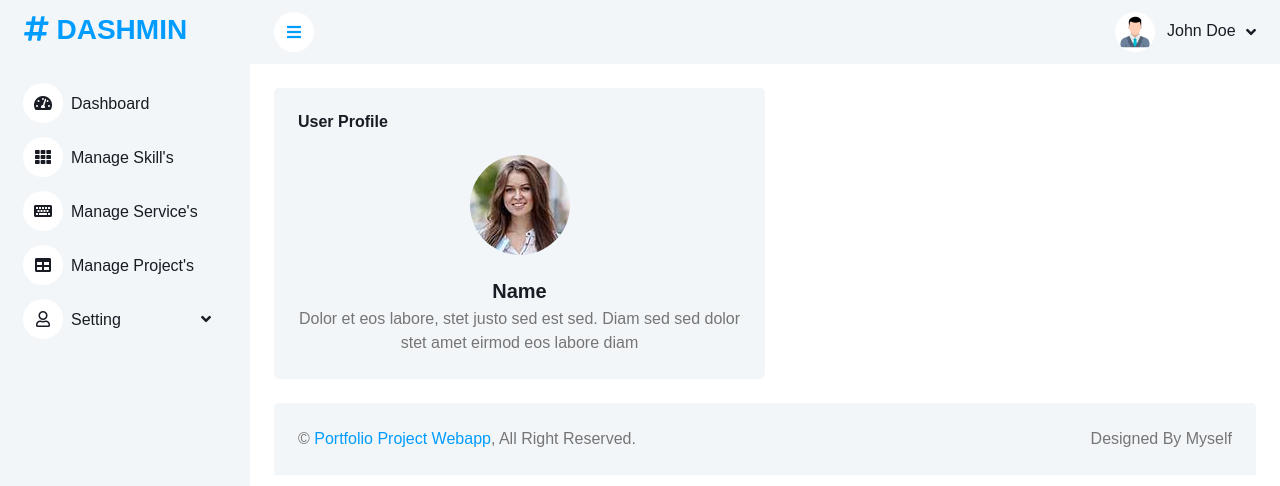
Repository: h4fizm/management-portfolio-project-webapp
Page: http://localhost/profile
These files come from the project's save history. The page is drawn as it stood at one moment and after a run of saves; the edit follows.
The browser window is 1280 px wide. The pictures show the whole page.
Some web fonts or font styles are not loaded; a fallback is used. Some web libraries are served in a nearby version. The page is served by the project's Laravel application, run on PHP 8.4 with Laravel 12. A made-up administrator, Test User (test@example.com), is signed in. Other server files are loaded and not shown.

Above is the page before, as saved 2025-01-15 03:03:01.
Console error: TypeError: Cannot read properties of undefined (reading 'getContext')

### routes/web.php
<?php

use Illuminate\Support\Facades\Route;
use App\Http\Controllers\AuthController;
use App\Http\Controllers\DashboardController;
use App\Http\Controllers\ProfileController;

Route::get('/', function () {
    return view('LandingPage');
});

Route::get('/login', [AuthController::class, 'showLoginPage'])->name('login.page');
Route::post('/login', [AuthController::class, 'login'])->name('login');

Route::get('/register', [AuthController::class, 'showRegisterPage'])->name('register.page');
Route::post('/register', [AuthController::class, 'register'])->name('register');

Route::post('/logout', [AuthController::class, 'logout'])->name('logout');

// Lindungi route dashboard dengan middleware auth
Route::get('/dashboard', [DashboardController::class, 'showMainPage'])->middleware('auth')->name('dashboard');
Route::get('/profile', [ProfileController::class, 'showProfilePage'])->middleware('auth')->name('profile');

### app/Models/User.php
<?php

namespace App\Models;

use Illuminate\Database\Eloquent\Factories\HasFactory;
use Illuminate\Database\Eloquent\Model;
use Illuminate\Foundation\Auth\User as Authenticatable;

class User extends Authenticatable
{
    use HasFactory;

    // Tentukan tabel yang digunakan
    protected $table = 'user';

    // Tentukan kolom yang dapat diisi
    protected $fillable = ['name', 'email', 'password', 'upload_resume'];

    // Sembunyikan kolom tertentu saat serialisasi
    protected $hidden = ['password', 'remember_token'];
}

### app/Http/Controllers/ProfileController.php
<?php

namespace App\Http\Controllers;

use Illuminate\Http\Request;

class ProfileController extends Controller
{
    public function showProfilePage()
    {
        return view('menu.profile');
    }
}

### resources/views/menu/profile.blade.php
@extends('MainPage')
@section('title', 'User Profile')
@section('content')
<div class="container-fluid pt-4 px-4">
    <div class="col-sm-12 col-xl-6">
        <div class="bg-light rounded h-100 p-4">
            <h6 class="mb-4">User Profile</h6>
            <div class="owl-carousel testimonial-carousel">
                <div class="testimonial-item text-center">
                    <img class="img-fluid rounded-circle mx-auto mb-4" src="{{ asset('DashPage/img/testimonial-1.jpg') }}" style="width: 100px; height: 100px;">
                    <h5 class="mb-1">Name</h5>
                    <p class="mb-0">Dolor et eos labore, stet justo sed est sed. Diam sed sed dolor stet amet eirmod eos labore diam</p>
                </div>
            </div>
        </div>
    </div>
</div>
@endsection

### resources/views/MainPage.blade.php
<!DOCTYPE html>
<html lang="en">

<head>
    <meta charset="utf-8">
    <title>@yield('title')</title>
    <meta content="width=device-width, initial-scale=1.0" name="viewport">
    <meta content="" name="keywords">
    <meta content="" name="description">

    <!-- Favicon -->
    <link href="img/favicon.ico" rel="icon">

    <!-- Google Web Fonts -->
    <link rel="preconnect" href="https://fonts.googleapis.com">
    <link rel="preconnect" href="https://fonts.gstatic.com" crossorigin>
    <link href="https://fonts.googleapis.com/css2?family=Heebo:wght@400;500;600;700&display=swap" rel="stylesheet">

    <!-- Icon Font Stylesheet -->
    <link href="https://cdnjs.cloudflare.com/ajax/libs/font-awesome/5.10.0/css/all.min.css" rel="stylesheet">
    <link href="https://cdn.jsdelivr.net/npm/bootstrap-icons@1.4.1/font/bootstrap-icons.css" rel="stylesheet">

    <!-- Libraries Stylesheet -->
    <link href="{{ asset('DashPage/lib/owlcarousel/assets/owl.carousel.min.css')}}" rel="stylesheet">
    <link href="{{ asset('DashPage/lib/tempusdominus/css/tempusdominus-bootstrap-4.min.css')}}" rel="stylesheet" />

    <!-- Customized Bootstrap Stylesheet -->
    <link href="{{ asset('DashPage/css/bootstrap.min.css')}}" rel="stylesheet">

    <!-- Template Stylesheet -->
    <link href="{{ asset('DashPage/css/style.css')}}" rel="stylesheet">
</head>

<body>
    <div class="container-xxl position-relative bg-white d-flex p-0">
        <!-- Spinner Start -->
        <div id="spinner" class="show bg-white position-fixed translate-middle w-100 vh-100 top-50 start-50 d-flex align-items-center justify-content-center">
            <div class="spinner-border text-primary" style="width: 3rem; height: 3rem;" role="status">
                <span class="sr-only">Loading...</span>
            </div>
        </div>
        <!-- Spinner End -->


        <!-- Sidebar Start -->
        @include('partials.sidebar')
        <!-- Sidebar End -->


        <!-- Content Start -->
        <div class="content">
            <!-- Navbar Start -->
            @include('partials.header')
            <!-- Navbar End -->


            <!-- Main Content -->
             @yield('content')
            <!-- End Main Content -->

            <!-- Footer Start -->
             @include('partials.footer')
            <!-- Footer End -->
        </div>
        <!-- Content End -->


        <!-- Back to Top -->
        {{-- <a href="#" class="btn btn-lg btn-primary btn-lg-square back-to-top"><i class="bi bi-arrow-up"></i></a> --}}
    </div>

    <!-- JavaScript Libraries -->
    <script src="https://code.jquery.com/jquery-3.4.1.min.js"></script>
    <script src="https://cdn.jsdelivr.net/npm/bootstrap@5.0.0/dist/js/bootstrap.bundle.min.js"></script>
    <script src="{{ asset('DashPage/lib/chart/chart.min.js')}}"></script>
    <script src="{{ asset('DashPage/lib/easing/easing.min.js')}}"></script>
    <script src="{{ asset('DashPage/lib/waypoints/waypoints.min.js')}}"></script>
    <script src="{{ asset('DashPage/lib/owlcarousel/owl.carousel.min.js')}}"></script>
    <script src="{{ asset('DashPage/lib/tempusdominus/js/moment.min.js')}}"></script>
    <script src="{{ asset('DashPage/lib/tempusdominus/js/moment-timezone.min.js')}}"></script>
    <script src="{{ asset('DashPage/lib/tempusdominus/js/tempusdominus-bootstrap-4.min.js')}}"></script>

    <!-- Template Javascript -->
    <script src="{{ asset('DashPage/js/main.js')}}"></script>
</body>

</html>

### resources/views/partials/sidebar.blade.php
<div class="sidebar pe-4 pb-3">
    <nav class="navbar bg-light navbar-light">
        <a href="{{ route('dashboard') }}" class="navbar-brand mx-4 mb-3">
            <h3 class="text-primary"><i class="fa fa-hashtag me-2"></i>DASHMIN</h3>
        </a>
        <div class="navbar-nav w-100">
            <a href="{{ route('dashboard') }}" class="nav-item nav-link @if(Route::currentRouteName() == 'dashboard') active @endif">
                <i class="fa fa-tachometer-alt me-2"></i>Dashboard
            </a>
            <a href="#" class="nav-item nav-link">
                <i class="fa fa-th me-2"></i>Manage Skill's
            </a>
            <a href="#" class="nav-item nav-link">
                <i class="fa fa-keyboard me-2"></i>Manage Service's
            </a>
            <a href="#" class="nav-item nav-link">
                <i class="fa fa-table me-2"></i>Manage Project's
            </a>
            <div class="nav-item dropdown">
                <a href="#" class="nav-link dropdown-toggle" data-bs-toggle="dropdown">
                    <i class="far fa-user me-2"></i>Setting
                </a>
                <div class="dropdown-menu bg-transparent border-0">
                    <a href="#" class="dropdown-item">Manage User</a>
                    <a href="{{ route('profile') }}" class="dropdown-item @if(Route::currentRouteName() == 'profile') active @endif">My Profile</a>
                </div>
            </div>
        </div>
    </nav>
</div>

### resources/views/partials/header.blade.php
<nav class="navbar navbar-expand bg-light navbar-light sticky-top px-4 py-0">
    <a href="index.html" class="navbar-brand d-flex d-lg-none me-4">
        <h2 class="text-primary mb-0"><i class="fa fa-hashtag"></i></h2>
    </a>
    <a href="#" class="sidebar-toggler flex-shrink-0">
        <i class="fa fa-bars"></i>
    </a>
    <div class="navbar-nav align-items-center ms-auto">
        <div class="nav-item dropdown">
            <a href="#" class="nav-link dropdown-toggle" data-bs-toggle="dropdown">
                <img class="rounded-circle me-lg-2" src="{{ asset('DashPage/img/user.jpg') }}" alt="" style="width: 40px; height: 40px;">
                <span class="d-none d-lg-inline-flex">John Doe</span>
            </a>
            <div class="dropdown-menu dropdown-menu-end bg-light border-0 rounded-0 rounded-bottom m-0">
                <a href="#" class="dropdown-item">My Profile</a>
                <a href="#" class="dropdown-item" onclick="event.preventDefault(); document.getElementById('logout-form').submit();">
                    Log Out
                </a>
                <form id="logout-form" action="{{ route('logout') }}" method="POST" style="display: none;">
                    @csrf
                </form>
            </div>
        </div>
    </div>
</nav>

### resources/views/partials/footer.blade.php
<div class="container-fluid pt-4 px-4">
    <div class="bg-light rounded-top p-4">
        <div class="row">
            <div class="col-12 col-sm-6 text-center text-sm-start">
                &copy; <a href="">Portfolio Project Webapp</a>, All Right Reserved.
            </div>
            <div class="col-12 col-sm-6 text-center text-sm-end">
                <!--/*** This template is free as long as you keep the footer author’s credit link/attribution link/backlink. If you'd like to use the template without the footer author’s credit link/attribution link/backlink, you can purchase the Credit Removal License from "https://htmlcodex.com/credit-removal". Thank you for your support. ***/-->
                Designed By Myself</a>
            </div>
        </div>
    </div>
</div>

### public/DashPage/css/style.css
/********** Template CSS **********/
:root {
    --primary: #009CFF;
    --light: #F3F6F9;
    --dark: #191C24;
}

.back-to-top {
    position: fixed;
    display: none;
    right: 45px;
    bottom: 45px;
    z-index: 99;
}


/*** Spinner ***/
#spinner {
    opacity: 0;
    visibility: hidden;
    transition: opacity .5s ease-out, visibility 0s linear .5s;
    z-index: 99999;
}

#spinner.show {
    transition: opacity .5s ease-out, visibility 0s linear 0s;
    visibility: visible;
    opacity: 1;
}


/*** Button ***/
.btn {
    transition: .5s;
}

.btn.btn-primary {
    color: #FFFFFF;
}

.btn-square {
    width: 38px;
    height: 38px;
}

.btn-sm-square {
    width: 32px;
    height: 32px;
}

.btn-lg-square {
    width: 48px;
    height: 48px;
}

.btn-square,
.btn-sm-square,
.btn-lg-square {
    padding: 0;
    display: inline-flex;
    align-items: center;
    justify-content: center;
    font-weight: normal;
    border-radius: 50px;
}


/*** Layout ***/
.sidebar {
    position: fixed;
    top: 0;
    left: 0;
    bottom: 0;
    width: 250px;
    height: 100vh;
    overflow-y: auto;
    background: var(--light);
    transition: 0.5s;
    z-index: 999;
}

.content {
    margin-left: 250px;
    min-height: 100vh;
    background: #FFFFFF;
    transition: 0.5s;
}

@media (min-width: 992px) {
    .sidebar {
        margin-left: 0;
    }

    .sidebar.open {
        margin-left: -250px;
    }

    .content {
        width: calc(100% - 250px);
    }

    .content.open {
        width: 100%;
        margin-left: 0;
    }
}

@media (max-width: 991.98px) {
    .sidebar {
        margin-left: -250px;
    }

    .sidebar.open {
        margin-left: 0;
    }

    .content {
        width: 100%;
        margin-left: 0;
    }
}


/*** Navbar ***/
.sidebar .navbar .navbar-nav .nav-link {
    padding: 7px 20px;
    color: var(--dark);
    font-weight: 500;
    border-left: 3px solid var(--light);
    border-radius: 0 30px 30px 0;
    outline: none;
}

.sidebar .navbar .navbar-nav .nav-link:hover,
.sidebar .navbar .navbar-nav .nav-link.active {
    color: var(--primary);
    background: #FFFFFF;
    border-color: var(--primary);
}

.sidebar .navbar .navbar-nav .nav-link i {
    width: 40px;
    height: 40px;
    display: inline-flex;
    align-items: center;
    justify-content: center;
    background: #FFFFFF;
    border-radius: 40px;
}

.sidebar .navbar .navbar-nav .nav-link:hover i,
.sidebar .navbar .navbar-nav .nav-link.active i {
    background: var(--light);
}

.sidebar .navbar .dropdown-toggle::after {
    position: absolute;
    top: 15px;
    right: 15px;
    border: none;
    content: "\f107";
    font-family: "Font Awesome 5 Free";
    font-weight: 900;
    transition: .5s;
}

.sidebar .navbar .dropdown-toggle[aria-expanded=true]::after {
    transform: rotate(-180deg);
}

.sidebar .navbar .dropdown-item {
    padding-left: 25px;
    border-radius: 0 30px 30px 0;
}

.content .navbar .navbar-nav .nav-link {
    margin-left: 25px;
    padding: 12px 0;
    color: var(--dark);
    outline: none;
}

.content .navbar .navbar-nav .nav-link:hover,
.content .navbar .navbar-nav .nav-link.active {
    color: var(--primary);
}

.content .navbar .sidebar-toggler,
.content .navbar .navbar-nav .nav-link i {
    width: 40px;
    height: 40px;
    display: inline-flex;
    align-items: center;
    justify-content: center;
    background: #FFFFFF;
    border-radius: 40px;
}

.content .navbar .dropdown-toggle::after {
    margin-left: 6px;
    vertical-align: middle;
    border: none;
    content: "\f107";
    font-family: "Font Awesome 5 Free";
    font-weight: 900;
    transition: .5s;
}

.content .navbar .dropdown-toggle[aria-expanded=true]::after {
    transform: rotate(-180deg);
}

@media (max-width: 575.98px) {
    .content .navbar .navbar-nav .nav-link {
        margin-left: 15px;
    }
}


/*** Date Picker ***/
.bootstrap-datetimepicker-widget.bottom {
    top: auto !important;
}

.bootstrap-datetimepicker-widget .table * {
    border-bottom-width: 0px;
}

.bootstrap-datetimepicker-widget .table th {
    font-weight: 500;
}

.bootstrap-datetimepicker-widget.dropdown-menu {
    padding: 10px;
    border-radius: 2px;
}

.bootstrap-datetimepicker-widget table td.active,
.bootstrap-datetimepicker-widget table td.active:hover {
    background: var(--primary);
}

.bootstrap-datetimepicker-widget table td.today::before {
    border-bottom-color: var(--primary);
}


/*** Testimonial ***/
.progress .progress-bar {
    width: 0px;
    transition: 2s;
}


/*** Testimonial ***/
.testimonial-carousel .owl-dots {
    margin-top: 24px;
    display: flex;
    align-items: flex-end;
    justify-content: center;
}

.testimonial-carousel .owl-dot {
    position: relative;
    display: inline-block;
    margin: 0 5px;
    width: 15px;
    height: 15px;
    border: 5px solid var(--primary);
    border-radius: 15px;
    transition: .5s;
}

.testimonial-carousel .owl-dot.active {
    background: var(--dark);
    border-color: var(--primary);
}

### public/DashPage/js/main.js
(function ($) {
    "use strict";

    // Spinner
    var spinner = function () {
        setTimeout(function () {
            if ($('#spinner').length > 0) {
                $('#spinner').removeClass('show');
            }
        }, 1);
    };
    spinner();


    // Back to top button
    $(window).scroll(function () {
        if ($(this).scrollTop() > 300) {
            $('.back-to-top').fadeIn('slow');
        } else {
            $('.back-to-top').fadeOut('slow');
        }
    });
    $('.back-to-top').click(function () {
        $('html, body').animate({scrollTop: 0}, 1500, 'easeInOutExpo');
        return false;
    });


    // Sidebar Toggler
    $('.sidebar-toggler').click(function () {
        $('.sidebar, .content').toggleClass("open");
        return false;
    });


    // Progress Bar
    $('.pg-bar').waypoint(function () {
        $('.progress .progress-bar').each(function () {
            $(this).css("width", $(this).attr("aria-valuenow") + '%');
        });
    }, {offset: '80%'});


    // Calender
    $('#calender').datetimepicker({
        inline: true,
        format: 'L'
    });


    // Testimonials carousel
    $(".testimonial-carousel").owlCarousel({
        autoplay: true,
        smartSpeed: 1000,
        items: 1,
        dots: true,
        loop: true,
        nav : false
    });


    // Worldwide Sales Chart
    var ctx1 = $("#worldwide-sales").get(0).getContext("2d");
    var myChart1 = new Chart(ctx1, {
        type: "bar",
        data: {
            labels: ["2016", "2017", "2018", "2019", "2020", "2021", "2022"],
            datasets: [{
                    label: "USA",
                    data: [15, 30, 55, 65, 60, 80, 95],
                    backgroundColor: "rgba(0, 156, 255, .7)"
                },
                {
                    label: "UK",
                    data: [8, 35, 40, 60, 70, 55, 75],
                    backgroundColor: "rgba(0, 156, 255, .5)"
                },
                {
                    label: "AU",
                    data: [12, 25, 45, 55, 65, 70, 60],
                    backgroundColor: "rgba(0, 156, 255, .3)"
                }
            ]
            },
        options: {
            responsive: true
        }
    });


    // Salse & Revenue Chart
    var ctx2 = $("#salse-revenue").get(0).getContext("2d");
    var myChart2 = new Chart(ctx2, {
        type: "line",
        data: {
            labels: ["2016", "2017", "2018", "2019", "2020", "2021", "2022"],
            datasets: [{
                    label: "Salse",
                    data: [15, 30, 55, 45, 70, 65, 85],
                    backgroundColor: "rgba(0, 156, 255, .5)",
                    fill: true
                },
                {
                    label: "Revenue",
                    data: [99, 135, 170, 130, 190, 180, 270],
                    backgroundColor: "rgba(0, 156, 255, .3)",
                    fill: true
                }
            ]
            },
        options: {
            responsive: true
        }
    });



    // Single Line Chart
    var ctx3 = $("#line-chart").get(0).getContext("2d");
    var myChart3 = new Chart(ctx3, {
        type: "line",
        data: {
            labels: [50, 60, 70, 80, 90, 100, 110, 120, 130, 140, 150],
            datasets: [{
                label: "Salse",
                fill: false,
                backgroundColor: "rgba(0, 156, 255, .3)",
                data: [7, 8, 8, 9, 9, 9, 10, 11, 14, 14, 15]
            }]
        },
        options: {
            responsive: true
        }
    });


    // Single Bar Chart
    var ctx4 = $("#bar-chart").get(0).getContext("2d");
    var myChart4 = new Chart(ctx4, {
        type: "bar",
        data: {
            labels: ["Italy", "France", "Spain", "USA", "Argentina"],
            datasets: [{
                backgroundColor: [
                    "rgba(0, 156, 255, .7)",
                    "rgba(0, 156, 255, .6)",
                    "rgba(0, 156, 255, .5)",
                    "rgba(0, 156, 255, .4)",
                    "rgba(0, 156, 255, .3)"
                ],
                data: [55, 49, 44, 24, 15]
            }]
        },
        options: {
            responsive: true
        }
    });


    // Pie Chart
    var ctx5 = $("#pie-chart").get(0).getContext("2d");
    var myChart5 = new Chart(ctx5, {
        type: "pie",
        data: {
            labels: ["Italy", "France", "Spain", "USA", "Argentina"],
            datasets: [{
                backgroundColor: [
                    "rgba(0, 156, 255, .7)",
                    "rgba(0, 156, 255, .6)",
                    "rgba(0, 156, 255, .5)",
                    "rgba(0, 156, 255, .4)",
                    "rgba(0, 156, 255, .3)"
                ],
                data: [55, 49, 44, 24, 15]
            }]
        },
        options: {
            responsive: true
        }
    });


    // Doughnut Chart
    var ctx6 = $("#doughnut-chart").get(0).getContext("2d");
    var myChart6 = new Chart(ctx6, {
        type: "doughnut",
        data: {
            labels: ["Italy", "France", "Spain", "USA", "Argentina"],
            datasets: [{
                backgroundColor: [
                    "rgba(0, 156, 255, .7)",
                    "rgba(0, 156, 255, .6)",
                    "rgba(0, 156, 255, .5)",
                    "rgba(0, 156, 255, .4)",
                    "rgba(0, 156, 255, .3)"
                ],
                data: [55, 49, 44, 24, 15]
            }]
        },
        options: {
            responsive: true
        }
    });


})(jQuery);

Loaded but not shown: app/Http/Controllers/Controller.php (common file); public/DashPage/lib/owlcarousel/assets/owl.carousel.min.css (common file); public/DashPage/lib/tempusdominus/css/tempusdominus-bootstrap-4.min.css (library); public/DashPage/css/bootstrap.min.css (library); public/DashPage/lib/chart/chart.min.js (library); public/DashPage/lib/easing/easing.min.js (common file); public/DashPage/lib/waypoints/waypoints.min.js (library); public/DashPage/lib/owlcarousel/owl.carousel.min.js (library); public/DashPage/lib/tempusdominus/js/moment.min.js (library); public/DashPage/lib/tempusdominus/js/moment-timezone.min.js (library); public/DashPage/lib/tempusdominus/js/tempusdominus-bootstrap-4.min.js (library)

After the next 2 saves:
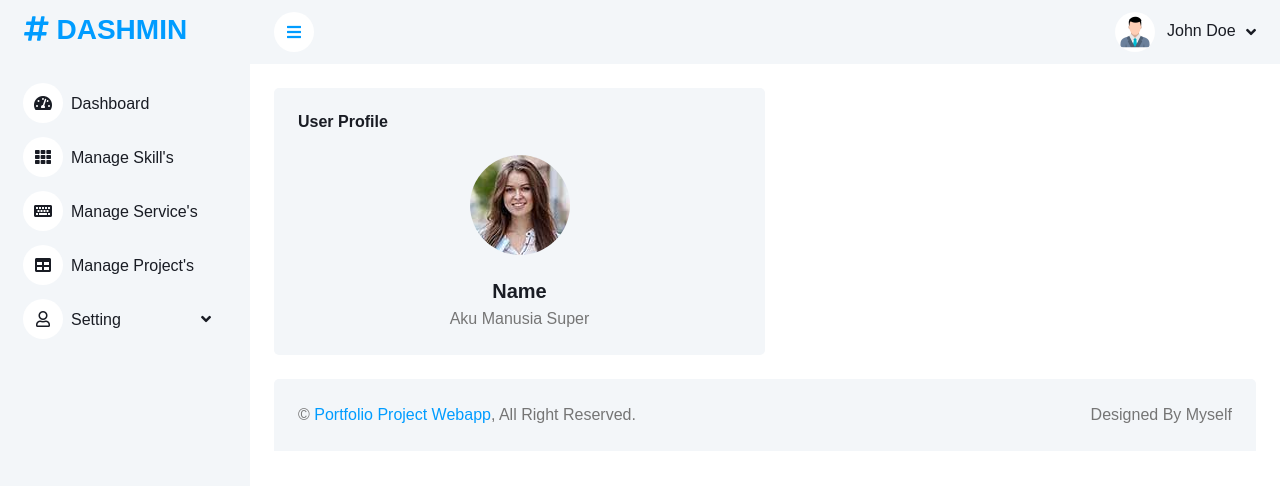
The 2 saves are shown as one change because they came seconds apart.
The last was saved 13 s later.
--- a/resources/views/menu/profile.blade.php
+++ b/resources/views/menu/profile.blade.php
@@ -9,7 +9,7 @@
                 <div class="testimonial-item text-center">
                     <img class="img-fluid rounded-circle mx-auto mb-4" src="{{ asset('DashPage/img/testimonial-1.jpg') }}" style="width: 100px; height: 100px;">
                     <h5 class="mb-1">Name</h5>
-                    <p class="mb-0">Dolor et eos labore, stet justo sed est sed. Diam sed sed dolor stet amet eirmod eos labore diam</p>
+                    <p class="mb-0">Aku Manusia Super</p>
                 </div>
             </div>
         </div>
